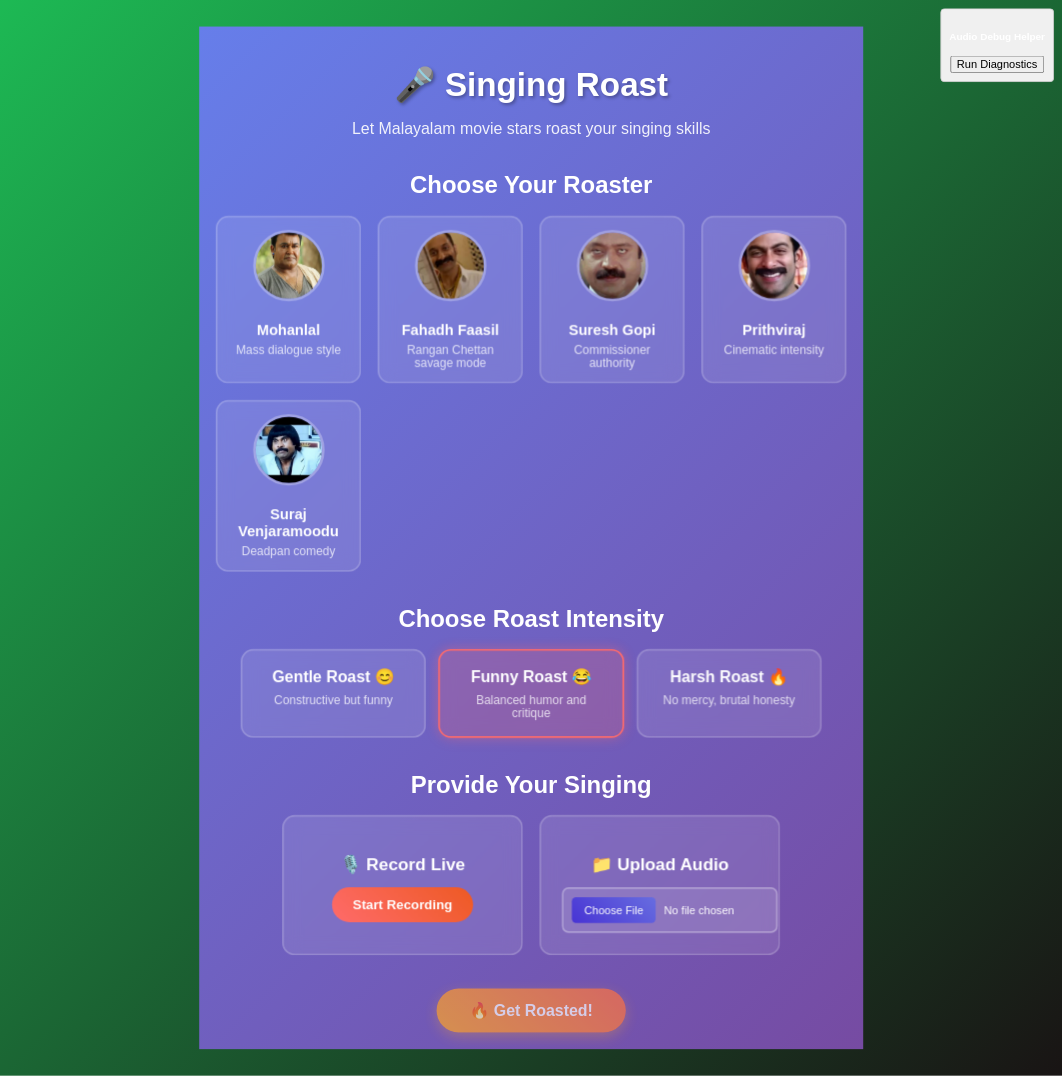
Repository: ashlin311/useless_project_team_gosh
Page: / (app in react-app/)
An editor plug-in stored every save of this project. The page is shown before and after the next save, followed by the edit.
The browser window is 1280 px wide. The pictures show the whole page, at 83% of full size.
The page's requests for data from a server got no answer. The project was rebuilt for these pictures with package versions that can differ from the ones it lists, and the page was loaded fresh each time. No one was signed in, and anything a server would have sent is missing.

Above is the page before, as saved 2025-08-10 10:42:27.

### react-app/public/index.html
<!DOCTYPE html>
<html lang="en">
  <head>
    <meta charset="utf-8" />
    <link rel="icon" href="%PUBLIC_URL%/favicon.ico" />
    <meta name="viewport" content="width=device-width, initial-scale=1" />
    <meta name="theme-color" content="#000000" />
    <meta
      name="description"
      content="Mollywoodify - Let Malayalam cinema stars roast your music taste! AI-powered roasts by Mohanlal, Fahadh Faasil, and more."
    />
    <link rel="apple-touch-icon" href="%PUBLIC_URL%/logo192.png" />
    <!--
      manifest.json provides metadata used when your web app is installed on a
      user's mobile device or desktop. See https://developers.google.com/web/fundamentals/web-app-manifest/
    -->
    <link rel="manifest" href="%PUBLIC_URL%/manifest.json" />
    <!--
      Notice the use of %PUBLIC_URL% in the tags above.
      It will be replaced with the URL of the `public` folder during the build.
      Only files inside the `public` folder can be referenced from the HTML.

      Unlike "/favicon.ico" or "favicon.ico", "%PUBLIC_URL%/favicon.ico" will
      work correctly both with client-side routing and a non-root public URL.
      Learn how to configure a non-root public URL by running `npm run build`.
    -->
    <title>Mollywoodify - Malayalam Stars Roast Your Music</title>
  </head>
  <body>
    <noscript>You need to enable JavaScript to run this app.</noscript>
    <div id="root"></div>
    <!--
      This HTML file is a template.
      If you open it directly in the browser, you will see an empty page.

      You can add webfonts, meta tags, or analytics to this file.
      The build step will place the bundled scripts into the <body> tag.

      To begin the development, run `npm start` or `yarn start`.
      To create a production bundle, use `npm run build` or `yarn build`.
    -->
  </body>
</html>

### react-app/src/App.js
import { useState } from 'react';
import './App.css';
import AudioRoastPage from './components/AudioRoastPage';

function App() {
  const [currentPage, setCurrentPage] = useState('audio-roasting');

  return (
    <div className="App">
      <div className="home-container">
        <header className="app-header">

        </header>

        {currentPage === 'audio-roasting' && (
          <AudioRoastPage
            onBack={() => setCurrentPage('audio-roasting')}
          />
        )}
      </div>
    </div>
  );
}export default App;

### react-app/src/App.css
.App {
  text-align: center;
  min-height: 100vh;
  background: linear-gradient(135deg, #1DB954 0%, #191414 100%);
  display: flex;
  align-items: center;
  justify-content: center;
  font-family: 'Arial', sans-serif;
}

.home-container {
  max-width: 800px;
  padding: 2rem;
  color: white;
}

.welcome-section {
  margin-bottom: 2rem;
}

.welcome-text {
  font-size: 2.5rem;
  font-weight: 300;
  margin: 0;
  text-shadow: 2px 2px 4px rgba(0, 0, 0, 0.5);
}

.title-section {
  margin: 3rem 0;
  position: relative;
}

.description-section {
  margin: 2rem 0 3rem 0;
  max-width: 600px;
  margin-left: auto;
  margin-right: auto;
}

.main-description {
  font-size: 1.3rem;
  font-weight: bold;
  color: #FFD700;
  margin-bottom: 1rem;
  text-shadow: 2px 2px 4px rgba(0, 0, 0, 0.5);
}

.sub-description {
  font-size: 1rem;
  color: #E8E8E8;
  line-height: 1.6;
  margin-bottom: 1.5rem;
}

.features-list {
  display: flex;
  flex-direction: column;
  gap: 0.5rem;
  margin: 1rem 0;
}

.feature-item {
  background: rgba(255, 255, 255, 0.1);
  padding: 0.5rem 1rem;
  border-radius: 20px;
  font-size: 0.9rem;
  color: #E8E8E8;
  backdrop-filter: blur(5px);
  border: 1px solid rgba(255, 255, 255, 0.2);
}

.main-title {
  font-size: 4rem;
  font-weight: bold;
  margin: 1rem 0;
  letter-spacing: 3px;
  text-shadow: 3px 3px 6px rgba(0, 0, 0, 0.7);
  background: linear-gradient(45deg, #FFD700, #FFA500);
  -webkit-background-clip: text;
  -webkit-text-fill-color: transparent;
  background-clip: text;
}

.actors-row {
  display: flex;
  justify-content: center;
  gap: 2rem;
  margin: 1.5rem 0;
}

.top-row {
  justify-content: space-around;
  max-width: 400px;
  margin: 0 auto 1.5rem auto;
}

.bottom-row {
  justify-content: space-around;
  max-width: 600px;
  margin: 1.5rem auto 0 auto;
}

.actor-placeholder {
  width: 80px;
  height: 80px;
  border-radius: 50%;
  background: linear-gradient(45deg, #333, #555);
  border: 3px solid #FFD700;
  display: flex;
  align-items: center;
  justify-content: center;
  font-size: 0.7rem;
  font-weight: bold;
  text-align: center;
  color: white;
  box-shadow: 0 4px 8px rgba(0, 0, 0, 0.3);
  transition: transform 0.3s ease;
  cursor: pointer;
  position: relative;
  overflow: hidden;
}

.actor-placeholder:hover {
  transform: scale(1.1);
}

.actor-placeholder span {
  padding: 0.2rem;
  line-height: 1.1;
}

.login-section {
  margin-top: 3rem;
}

.login-prompt {
  font-size: 1.2rem;
  margin-bottom: 1.5rem;
  color: #E8E8E8;
}

.privacy-note {
  font-size: 0.8rem;
  color: #B0B0B0;
  margin-top: 1rem;
  font-style: italic;
}

.spotify-login-btn {
  background: #1DB954;
  color: white;
  border: none;
  padding: 1rem 2rem;
  font-size: 1.1rem;
  font-weight: bold;
  border-radius: 50px;
  cursor: pointer;
  display: inline-flex;
  align-items: center;
  gap: 0.5rem;
  transition: all 0.3s ease;
  box-shadow: 0 4px 12px rgba(29, 185, 84, 0.3);
}

.spotify-login-btn:hover {
  background: #1ed760;
  transform: translateY(-2px);
  box-shadow: 0 6px 16px rgba(29, 185, 84, 0.4);
}

.spotify-icon {
  font-size: 1.2rem;
}

/* Dashboard Styles */
.dashboard {
  width: 100%;
  max-width: 1000px;
}

.user-profile {
  background: rgba(255, 255, 255, 0.1);
  border-radius: 15px;
  padding: 1.5rem;
  margin-bottom: 2rem;
  backdrop-filter: blur(10px);
  border: 1px solid rgba(255, 255, 255, 0.2);
}

.user-profile h2 {
  margin: 0 0 1rem 0;
  color: #FFD700;
  font-size: 1.5rem;
}

.profile-image {
  width: 80px;
  height: 80px;
  border-radius: 50%;
  margin: 1rem 0;
  border: 3px solid #1DB954;
}

.user-email {
  color: #E8E8E8;
  margin: 0.5rem 0 1.5rem 0;
  font-size: 0.9rem;
}

.logout-btn {
  background: #e22134;
  color: white;
  border: none;
  padding: 0.5rem 1rem;
  border-radius: 25px;
  cursor: pointer;
  font-size: 0.9rem;
  transition: all 0.3s ease;
}

.logout-btn:hover {
  background: #c41e3a;
  transform: translateY(-1px);
}

.app-content {
  background: rgba(255, 255, 255, 0.05);
  border-radius: 15px;
  padding: 2rem;
  backdrop-filter: blur(10px);
  border: 1px solid rgba(255, 255, 255, 0.1);
}

.app-content h3 {
  color: #FFD700;
  margin-bottom: 1rem;
  font-size: 1.8rem;
}

.app-content p {
  color: #E8E8E8;
  font-size: 1.1rem;
  line-height: 1.6;
}

.spotify-data-preview {
  background: rgba(29, 185, 84, 0.1);
  border: 1px solid rgba(29, 185, 84, 0.3);
  border-radius: 10px;
  padding: 1rem;
  margin: 1rem 0;
}

.spotify-data-preview p {
  margin: 0.5rem 0;
  font-size: 0.9rem;
}

.next-steps {
  background: rgba(255, 215, 0, 0.1);
  border: 1px solid rgba(255, 215, 0, 0.3);
  border-radius: 10px;
  padding: 1rem;
  margin: 1rem 0;
}

.next-steps p {
  margin: 0.5rem 0;
  font-size: 0.95rem;
}

/* Loading Animation */
@keyframes spin {
  0% { transform: rotate(0deg); }
  100% { transform: rotate(360deg); }
}

.loading-section {
  text-align: center;
  padding: 2rem;
  background: rgba(29, 185, 84, 0.1);
  border-radius: 15px;
  margin: 1rem 0;
}

.loading-spinner {
  width: 40px;
  height: 40px;
  border: 3px solid rgba(29, 185, 84, 0.3);
  border-top: 3px solid #1DB954;
  border-radius: 50%;
  animation: spin 1s linear infinite;
  margin: 0 auto 1rem auto;
}

.data-ready {
  background: rgba(29, 185, 84, 0.1);
  border: 1px solid rgba(29, 185, 84, 0.3);
  border-radius: 15px;
  padding: 1.5rem;
  margin: 1rem 0;
}

.data-ready p:first-child {
  color: #4ade80;
  font-weight: bold;
  font-size: 1.1rem;
}

.music-stats {
  background: rgba(255, 255, 255, 0.05);
  border-radius: 10px;
  padding: 1rem;
  margin: 1rem 0;
}

.music-stats p {
  margin: 0.5rem 0;
  font-size: 0.9rem;
  color: #E8E8E8;
}

.data-error {
  background: rgba(226, 33, 52, 0.1);
  border: 1px solid rgba(226, 33, 52, 0.3);
  border-radius: 15px;
  padding: 1.5rem;
  margin: 1rem 0;
  text-align: center;
}

.data-error p {
  color: #ff6b7a;
  font-weight: bold;
}

.user-actions {
  display: flex;
  gap: 0.5rem;
  justify-content: center;
  flex-wrap: wrap;
}

.back-btn {
  background: #1DB954;
  color: white;
  border: none;
  padding: 0.5rem 1rem;
  border-radius: 25px;
  cursor: pointer;
  font-size: 0.9rem;
  transition: all 0.3s ease;
}

.back-btn:hover {
  background: #1ed760;
  transform: translateY(-1px);
}

.roasting-page {
  min-height: 100vh;
}

@media (max-width: 768px) {
  .main-title {
    font-size: 2.5rem;
    letter-spacing: 1px;
  }

  .welcome-text {
    font-size: 1.5rem;
  }

  .main-description {
    font-size: 1.1rem;
  }

  .sub-description {
    font-size: 0.9rem;
  }

  .actors-row {
    gap: 1rem;
  }

  .actor-placeholder {
    width: 60px;
    height: 60px;
    font-size: 0.6rem;
  }

  .top-row, .bottom-row {
    max-width: 300px;
  }

  .features-list {
    gap: 0.3rem;
  }

  .feature-item {
    font-size: 0.8rem;
    padding: 0.4rem 0.8rem;
  }
}

### react-app/src/components/AudioRoastPage.css
.audio-roast-page {
  min-height: 100vh;
  background: linear-gradient(135deg, #667eea 0%, #764ba2 100%);
  padding: 20px;
  color: white;
}

.header {
  text-align: center;
  margin-bottom: 40px;
}

.back-button {
  background: rgba(255, 255, 255, 0.2);
  border: 1px solid rgba(255, 255, 255, 0.3);
  color: white;
  padding: 10px 20px;
  border-radius: 25px;
  cursor: pointer;
  margin-bottom: 20px;
  backdrop-filter: blur(10px);
  transition: all 0.3s ease;
}

.back-button:hover {
  background: rgba(255, 255, 255, 0.3);
  transform: translateY(-2px);
}

.header h1 {
  font-size: 2.5rem;
  margin-bottom: 10px;
  text-shadow: 2px 2px 4px rgba(0, 0, 0, 0.3);
}

.header p {
  font-size: 1.2rem;
  opacity: 0.9;
}

.setup-section {
  max-width: 1000px;
  margin: 0 auto;
}

/* Actor Selection */
.actor-selection {
  margin-bottom: 40px;
}

.actor-selection h2 {
  text-align: center;
  margin-bottom: 20px;
  font-size: 1.8rem;
}

.actors-grid {
  display: grid;
  grid-template-columns: repeat(auto-fit, minmax(150px, 1fr));
  gap: 20px;
  max-width: 800px;
  margin: 0 auto;
}

.actor-card {
  background: rgba(255, 255, 255, 0.1);
  backdrop-filter: blur(10px);
  border: 2px solid rgba(255, 255, 255, 0.2);
  border-radius: 15px;
  padding: 15px;
  text-align: center;
  cursor: pointer;
  transition: all 0.3s ease;
}

.actor-card:hover {
  transform: translateY(-5px);
  background: rgba(255, 255, 255, 0.2);
}

.actor-card.selected {
  border-color: #ffd700;
  background: rgba(255, 215, 0, 0.2);
  box-shadow: 0 0 20px rgba(255, 215, 0, 0.5);
}

.actor-card img {
  width: 80px;
  height: 80px;
  border-radius: 50%;
  object-fit: cover;
  margin-bottom: 10px;
  border: 3px solid rgba(255, 255, 255, 0.3);
}

.actor-card h3 {
  margin: 10px 0 5px 0;
  font-size: 1.1rem;
}

.actor-card p {
  font-size: 0.9rem;
  opacity: 0.8;
  margin: 0;
}

/* Severity Selection */
.severity-selection {
  margin-bottom: 40px;
}

.severity-selection h2 {
  text-align: center;
  margin-bottom: 20px;
  font-size: 1.8rem;
}

.severity-options {
  display: grid;
  grid-template-columns: repeat(auto-fit, minmax(200px, 1fr));
  gap: 15px;
  max-width: 700px;
  margin: 0 auto;
}

.severity-card {
  background: rgba(255, 255, 255, 0.1);
  backdrop-filter: blur(10px);
  border: 2px solid rgba(255, 255, 255, 0.2);
  border-radius: 15px;
  padding: 20px;
  text-align: center;
  cursor: pointer;
  transition: all 0.3s ease;
}

.severity-card:hover {
  transform: translateY(-3px);
  background: rgba(255, 255, 255, 0.15);
}

.severity-card.selected {
  border-color: #ff6b6b;
  background: rgba(255, 107, 107, 0.2);
  box-shadow: 0 0 15px rgba(255, 107, 107, 0.4);
}

.severity-label {
  font-size: 1.2rem;
  font-weight: bold;
  margin-bottom: 8px;
}

.severity-description {
  font-size: 0.9rem;
  opacity: 0.8;
}

/* Audio Input */
.audio-input {
  margin-bottom: 40px;
}

.audio-input h2 {
  text-align: center;
  margin-bottom: 20px;
  font-size: 1.8rem;
}

.audio-options {
  display: grid;
  grid-template-columns: repeat(auto-fit, minmax(250px, 1fr));
  gap: 20px;
  max-width: 600px;
  margin: 0 auto 20px auto;
}

.record-option, .upload-option {
  background: rgba(255, 255, 255, 0.1);
  backdrop-filter: blur(10px);
  border: 2px solid rgba(255, 255, 255, 0.2);
  border-radius: 15px;
  padding: 25px;
  text-align: center;
}

.record-option h3, .upload-option h3 {
  margin-bottom: 15px;
  font-size: 1.3rem;
}

.record-button, .stop-button {
  background: linear-gradient(45deg, #ff6b6b, #ee5a24);
  border: none;
  color: white;
  padding: 12px 25px;
  border-radius: 25px;
  cursor: pointer;
  font-size: 1rem;
  font-weight: bold;
  transition: all 0.3s ease;
}

.record-button:hover, .stop-button:hover {
  transform: translateY(-2px);
  box-shadow: 0 5px 15px rgba(255, 107, 107, 0.4);
}

.stop-button {
  background: linear-gradient(45deg, #e55039, #c44569);
}

.recording-indicator {
  margin-top: 15px;
  font-size: 1.1rem;
  color: #ff6b6b;
  font-weight: bold;
  animation: pulse 1.5s infinite;
}

@keyframes pulse {
  0% { opacity: 1; }
  50% { opacity: 0.5; }
  100% { opacity: 1; }
}

.file-input {
  background: rgba(255, 255, 255, 0.1);
  border: 2px solid rgba(255, 255, 255, 0.3);
  border-radius: 8px;
  padding: 10px;
  color: white;
  width: 100%;
}

.file-input::file-selector-button {
  background: linear-gradient(45deg, #4834d4, #686de0);
  border: none;
  color: white;
  padding: 8px 15px;
  border-radius: 5px;
  cursor: pointer;
  margin-right: 10px;
}

.audio-preview {
  text-align: center;
  background: rgba(0, 255, 0, 0.1);
  border: 2px solid rgba(0, 255, 0, 0.3);
  border-radius: 10px;
  padding: 15px;
  margin: 20px auto;
  max-width: 400px;
}

.clear-button {
  background: rgba(255, 255, 255, 0.2);
  border: 1px solid rgba(255, 255, 255, 0.3);
  color: white;
  padding: 8px 15px;
  border-radius: 15px;
  cursor: pointer;
  margin-top: 10px;
  transition: all 0.3s ease;
}

.clear-button:hover {
  background: rgba(255, 255, 255, 0.3);
}

/* Roast Action */
.roast-action {
  text-align: center;
}

.roast-button {
  background: linear-gradient(45deg, #ffa726, #ff7043);
  border: none;
  color: white;
  padding: 15px 40px;
  border-radius: 30px;
  cursor: pointer;
  font-size: 1.2rem;
  font-weight: bold;
  transition: all 0.3s ease;
  box-shadow: 0 5px 15px rgba(255, 167, 38, 0.4);
}

.roast-button:hover:not(:disabled) {
  transform: translateY(-3px);
  box-shadow: 0 8px 25px rgba(255, 167, 38, 0.6);
}

.roast-button:disabled {
  opacity: 0.7;
  cursor: not-allowed;
  transform: none;
}

/* Roast Result */
.roast-result {
  max-width: 800px;
  margin: 0 auto;
}

.roast-header {
  display: flex;
  align-items: center;
  gap: 20px;
  margin-bottom: 30px;
  background: rgba(255, 255, 255, 0.1);
  backdrop-filter: blur(10px);
  border-radius: 20px;
  padding: 20px;
}

.roaster-image {
  width: 100px;
  height: 100px;
  border-radius: 50%;
  object-fit: cover;
  border: 4px solid #ffd700;
}

.roast-info h2 {
  margin: 0 0 10px 0;
  font-size: 1.8rem;
}

.severity-badge, .score-badge {
  display: inline-block;
  background: rgba(255, 107, 107, 0.8);
  padding: 5px 15px;
  border-radius: 15px;
  font-size: 0.9rem;
  font-weight: bold;
  margin-right: 10px;
  margin-top: 5px;
}

.score-badge {
  background: rgba(76, 175, 80, 0.8);
}

.roast-content {
  background: rgba(255, 255, 255, 0.1);
  backdrop-filter: blur(10px);
  border-radius: 20px;
  padding: 30px;
  margin-bottom: 30px;
}

.roast-text {
  font-size: 1.3rem;
  line-height: 1.6;
  margin-bottom: 25px;
  font-style: italic;
  text-align: center;
  background: rgba(255, 255, 255, 0.05);
  padding: 20px;
  border-radius: 15px;
  border-left: 5px solid #ffd700;
}

.observations, .tips {
  margin-bottom: 20px;
}

.observations h3, .tips h3 {
  margin-bottom: 15px;
  font-size: 1.3rem;
  color: #ffd700;
}

.observations ul, .tips ul {
  list-style: none;
  padding: 0;
}

.observations li, .tips li {
  background: rgba(255, 255, 255, 0.05);
  padding: 10px 15px;
  margin-bottom: 8px;
  border-radius: 8px;
  border-left: 3px solid rgba(255, 255, 255, 0.3);
}

.tips li {
  border-left-color: #4caf50;
}

.result-actions {
  display: flex;
  gap: 15px;
  justify-content: center;
}

.try-again-button, .back-to-music-button {
  background: rgba(255, 255, 255, 0.2);
  border: 2px solid rgba(255, 255, 255, 0.3);
  color: white;
  padding: 12px 25px;
  border-radius: 25px;
  cursor: pointer;
  font-weight: bold;
  transition: all 0.3s ease;
  backdrop-filter: blur(10px);
}

.try-again-button:hover, .back-to-music-button:hover {
  background: rgba(255, 255, 255, 0.3);
  transform: translateY(-2px);
}

/* Responsive Design */
@media (max-width: 768px) {
  .audio-roast-page {
    padding: 15px;
  }

  .header h1 {
    font-size: 2rem;
  }

  .actors-grid {
    grid-template-columns: repeat(auto-fit, minmax(120px, 1fr));
    gap: 15px;
  }

  .actor-card img {
    width: 60px;
    height: 60px;
  }

  .audio-options {
    grid-template-columns: 1fr;
  }

  .roast-header {
    flex-direction: column;
    text-align: center;
  }

  .result-actions {
    flex-direction: column;
  }

  .roast-text {
    font-size: 1.1rem;
  }
}

### react-app/src/components/AudioDebugHelper.js
// Debug component to test audio functionality
import React, { useState } from 'react';
import { testGeminiConnection } from '../services/geminiService';

const AudioDebugHelper = () => {
  const [debugInfo, setDebugInfo] = useState(null);
  const [testing, setTesting] = useState(false);

  const runDiagnostics = async () => {
    setTesting(true);
    const info = {
      browser: navigator.userAgent,
      mediaDevicesSupported: !!navigator.mediaDevices,
      getUserMediaSupported: !!navigator.mediaDevices?.getUserMedia,
      mediaRecorderSupported: !!window.MediaRecorder,
      fileReaderSupported: !!window.FileReader,
      supportedMimeTypes: [],
      geminiApiTest: null
    };

    // Test supported MIME types
    const mimeTypes = ['audio/webm', 'audio/wav', 'audio/mp3', 'audio/ogg', 'audio/m4a', 'audio/mp4'];
    mimeTypes.forEach(type => {
      if (window.MediaRecorder && MediaRecorder.isTypeSupported(type)) {
        info.supportedMimeTypes.push(type);
      }
    });

    // Test Gemini API connection
    try {
      const geminiTest = await testGeminiConnection();
      info.geminiApiTest = geminiTest;
    } catch (error) {
      info.geminiApiTest = { success: false, error: error.message };
    }

    setDebugInfo(info);
    setTesting(false);
  };

  return (
    <div style={{
      position: 'fixed',
      top: '10px',
      right: '10px',
      background: '#f0f0f0',
      padding: '10px',
      border: '1px solid #ccc',
      borderRadius: '5px',
      fontSize: '12px',
      maxWidth: '300px',
      zIndex: 1000
    }}>
      <h4>Audio Debug Helper</h4>
      <button onClick={runDiagnostics} disabled={testing}>
        {testing ? 'Testing...' : 'Run Diagnostics'}
      </button>

      {debugInfo && (
        <div style={{ marginTop: '10px' }}>
          <p><strong>Browser:</strong> {debugInfo.browser.includes('Chrome') ? 'Chrome' : debugInfo.browser.includes('Firefox') ? 'Firefox' : 'Other'}</p>
          <p><strong>Media Devices:</strong> {debugInfo.mediaDevicesSupported ? '✅' : '❌'}</p>
          <p><strong>getUserMedia:</strong> {debugInfo.getUserMediaSupported ? '✅' : '❌'}</p>
          <p><strong>MediaRecorder:</strong> {debugInfo.mediaRecorderSupported ? '✅' : '❌'}</p>
          <p><strong>FileReader:</strong> {debugInfo.fileReaderSupported ? '✅' : '❌'}</p>
          <p><strong>Supported Audio Types:</strong></p>
          <ul style={{ margin: '5px 0', paddingLeft: '20px' }}>
            {debugInfo.supportedMimeTypes.map(type => (
              <li key={type}>{type}</li>
            ))}
          </ul>
          <p><strong>Gemini API:</strong> {debugInfo.geminiApiTest?.success ? '✅' : '❌'}</p>
          {!debugInfo.geminiApiTest?.success && (
            <p style={{ color: 'red', fontSize: '10px' }}>
              Error: {debugInfo.geminiApiTest?.error}
            </p>
          )}
        </div>
      )}
    </div>
  );
};

export default AudioDebugHelper;

Loaded but not shown: react-app/src/index.js (common file); react-app/src/index.css (common file); react-app/src/reportWebVitals.js (common file); react-app/src/components/AudioRoastPage.js (463 lines, source omitted); react-app/src/services/geminiService.js (198 lines, source omitted)

After the next save:
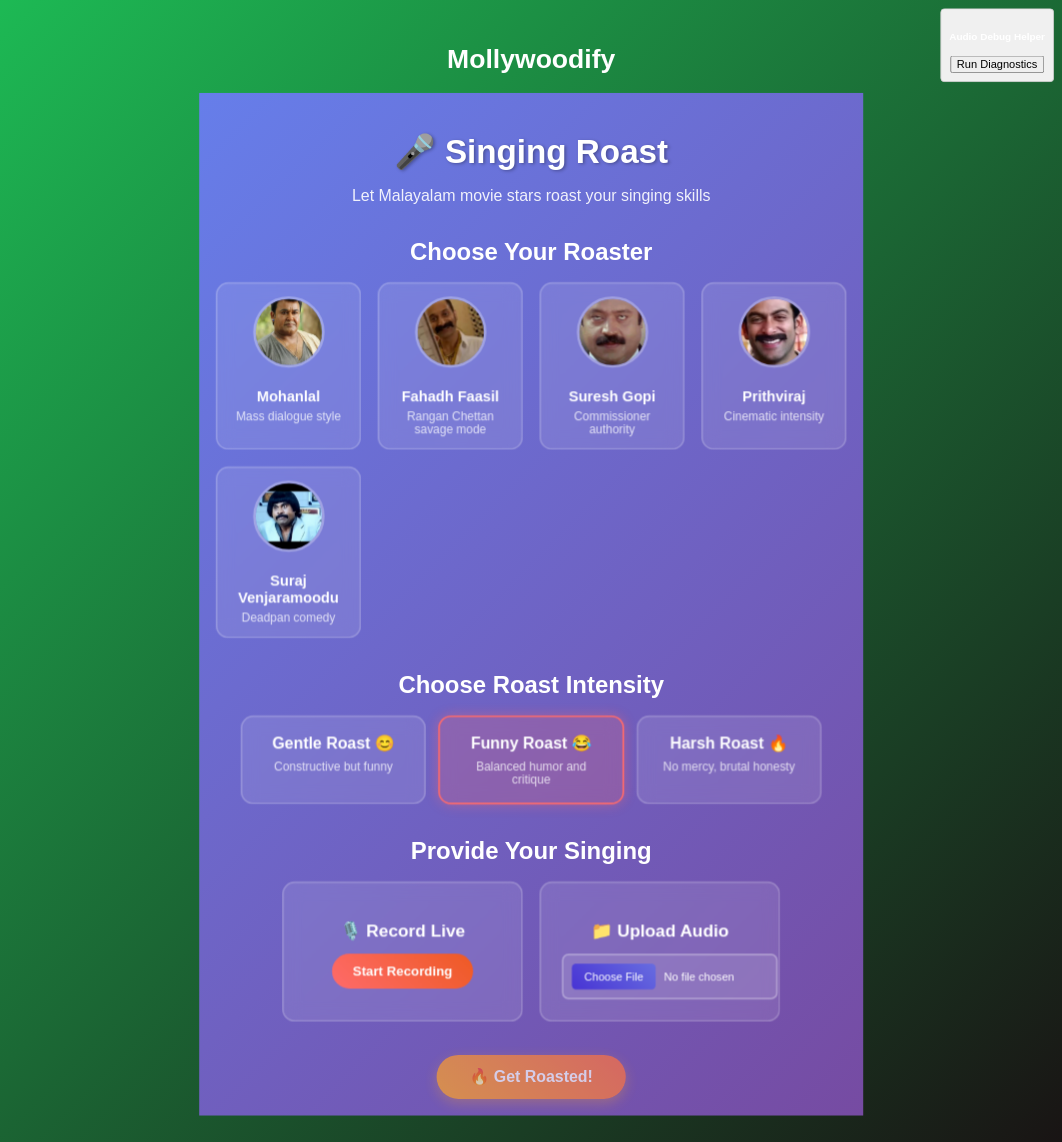
Saved 4 s later.
--- a/react-app/src/App.js
+++ b/react-app/src/App.js
@@ -9,7 +9,7 @@
     <div className="App">
       <div className="home-container">
         <header className="app-header">
-
+          <h1>Mollywoodify</h1>
         </header>
 
         {currentPage === 'audio-roasting' && (
